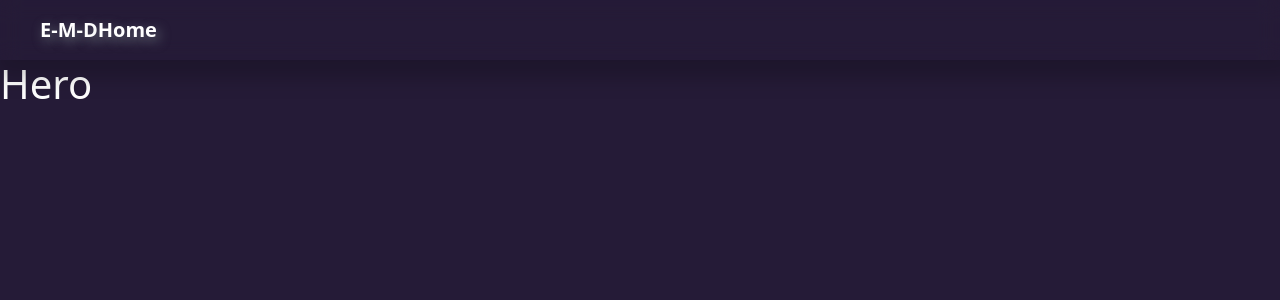
Repository: iamevs/Employee-Management-System
Page: / (app in client/)
An editor plug-in stored every save of this project. The page is shown before and after the next save, followed by the edit.
The browser window is 1280 px wide. The pictures show the whole page.
The project was rebuilt for these pictures with package versions that can differ from the ones it lists, and the page was loaded fresh each time. Also part of the build but not shown: client/vite.config.js, client/src/App.css, client/src/components/Home.jsx, client/src/components/Register.jsx, client/src/components/Edit.jsx. Imported but missing from the stored project, and not drawn on this page: client/src/components/Details.

Above is the page before, as saved 2022-11-28 23:29:58.

### client/index.html
<html lang="en">
  <head>
    <meta charset="UTF-8" />
    <link rel="icon" type="image/svg+xml" href="/vite.svg" />
    <meta name="viewport" content="width=device-width, initial-scale=1.0" />
    <title>employee-management</title>
  </head>
  <body>
    <div id="root"></div>
    <script type="module" src="/src/main.jsx"></script>
  </body>
</html>

### client/src/main.jsx
import React, { StrictMode } from 'react';
import ReactDOM from 'react-dom';
import { createRoot } from "react-dom/client";
import './index.css';
import App from './App';
import { BrowserRouter } from "react-router-dom"
import ContextProvider from "./components/context/ContextProvider";
// root.render(
//   <StrictMode>
//   <ContextProvider>
//     <BrowserRouter>
//       <App />
//     </BrowserRouter>
//   </ContextProvider>
//   </StrictMode>
//   ,
//   document.getElementById('root')
// );


createRoot(document.getElementById('root')).render(
  <ContextProvider>
    <BrowserRouter>
      <App />
    </BrowserRouter>
  </ContextProvider>
)

### client/src/index.css
body {
  margin: 0;
  font-family: -apple-system, BlinkMacSystemFont, 'Segoe UI', 'Roboto', 'Oxygen',
    'Ubuntu', 'Cantarell', 'Fira Sans', 'Droid Sans', 'Helvetica Neue',
    sans-serif;
  -webkit-font-smoothing: antialiased;
  -moz-osx-font-smoothing: grayscale;
  background-color: #251B37 !important;
  color: #fff !important;
}

code {
  font-family: source-code-pro, Menlo, Monaco, Consolas, 'Courier New',
    monospace;
}

.btns{
  display: flex;
  justify-content: space-between;
}

### client/src/App.jsx
import './App.css';
import "../node_modules/bootstrap/dist/css/bootstrap.min.css"
import "../node_modules/bootstrap/dist/js/bootstrap.bundle.min.js"
import Navbar from './components/Navbar';
import Home from './components/Home';
import Register from './components/Register';
import Edit from './components/Edit';
import Details from './components/Details';
import Hero from "./components/Hero.jsx";
import {Routes,Route} from "react-router-dom"




function App() {
  return (
   <>
    <Navbar />
    <Routes>
      <Route path="/" element={<Hero/>} />
      <Route  path="/home" element={<Home/>} />
      <Route exact path="/register" element={<Register/>} />
      <Route exact path="/edit/:id" element={<Edit/>} />
      <Route exact path="/view/:id" element={<Details/>} />
    </Routes>

   </>
  );
}

export default App;

### client/src/components/context/ContextProvider.jsx
import React, { createContext, useState } from 'react'


export const adddata = createContext("");
export const updatedata = createContext("");
export const deldata = createContext("");

const ContextProvider = ({ children }) => {

    const [udata, setUdata] = useState("");
    const [updata, setUPdata] = useState("");
    const [dltdata, setDLTdata] = useState("");


    return (
        <adddata.Provider value={{ udata, setUdata }}>
            <updatedata.Provider value={{ updata, setUPdata }}>
                <deldata.Provider value={{dltdata, setDLTdata}}>
                    {children}
                </deldata.Provider>

            </updatedata.Provider>

        </adddata.Provider>
    )
}

export default ContextProvider;

### client/src/components/Navbar.jsx
import React from 'react'
import { NavLink } from 'react-router-dom'
import { Box, Stack } from "@mui/material";


const Navbar = () => {
    return (
        <Stack >
            <Box className="navbar navbar-expand-lg text-white" sx={{
                backgroundColor: "transparent",
                backdropFilter: "blur(10px) !important",
                position: "relative",
                color: "white",
                boxShadow: "4px 7px 20px 11px rgb(0 0 0 / 20%)",
                height: "60px",
                padding: "0 40px 0 40px",
            }}>
                <Box sx={{
                    fontSize: "20px",
                    textShadow: "3px 4px 12px #6c757d",
                    fontWeight: "bold",
                }}>E-M-D</Box>
                <Box>
                    <a href="/home" style={{
                        color: "white",
                        fontSize: "20px",
                        textShadow: "3px 4px 12px #6c757d",
                        fontWeight: "bold",
                        textDecoration: "none",
                    }}>Home</a>
                </Box>
            </Box>
        </Stack>
    )
}

export default Navbar

### client/src/components/Hero.jsx
import React from "react";

const Hero = () => {
    return (
        <div>
            <h1>Hero</h1>
        </div>
    );
}

export default Hero;

After the next save:
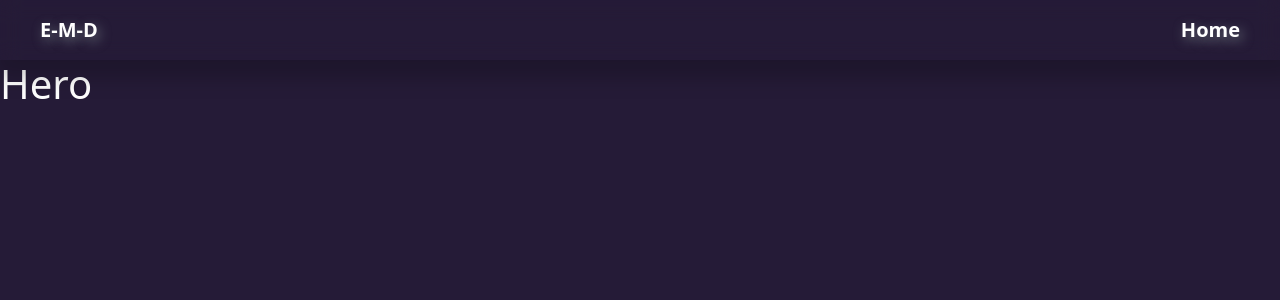
Saved 23 s later.
--- a/client/src/components/Navbar.jsx
+++ b/client/src/components/Navbar.jsx
@@ -6,7 +6,7 @@ import { Box, Stack } from "@mui/material";
 const Navbar = () => {
     return (
         <Stack >
-            <Box className="navbar navbar-expand-lg text-white" sx={{
+            <Box justifyContent={"space-between"} className="navbar navbar-expand-lg text-white" sx={{
                 backgroundColor: "transparent",
                 backdropFilter: "blur(10px) !important",
                 position: "relative",
